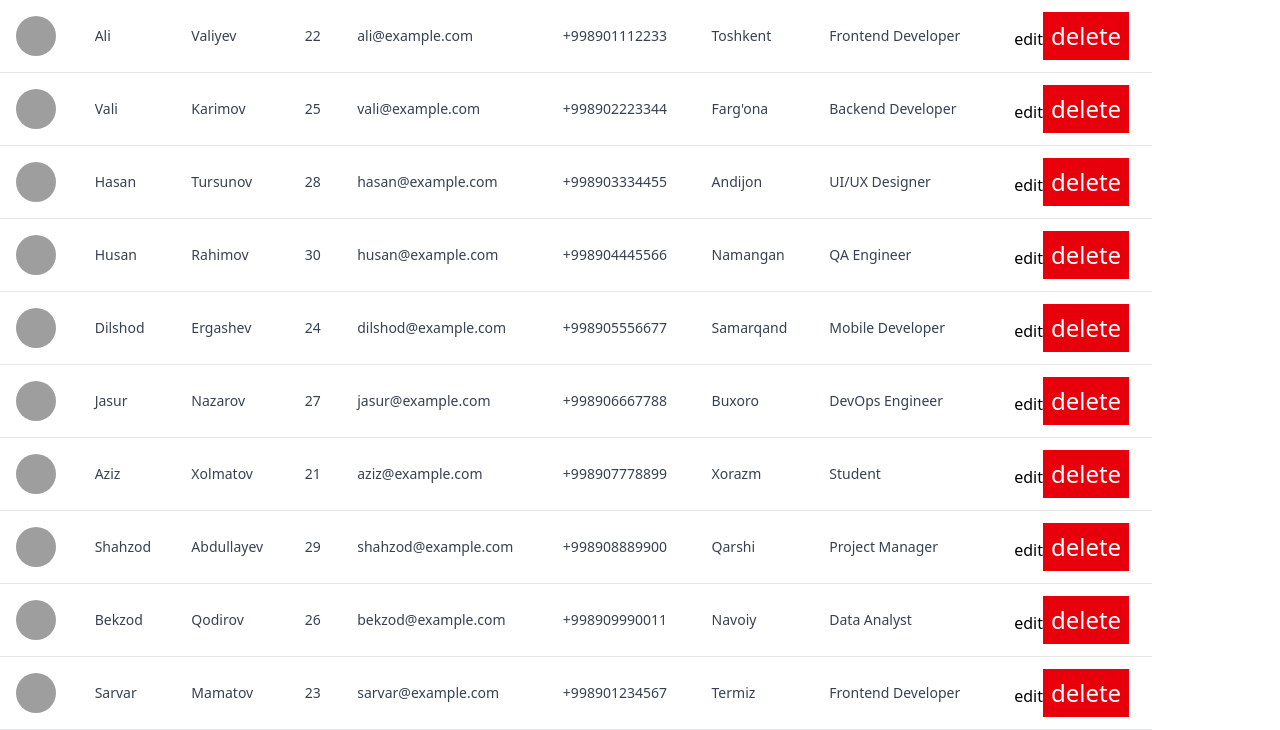
Repository: jamboy008/useformik
Page: /
An editor plug-in stored every save of this project. The page is shown before and after a run of saves, followed by the edit.
The browser window is 1280 px wide. The pictures show the whole page.
Pictures or frames that could not be fetched are drawn as grey boxes. The project was rebuilt for these pictures with package versions that can differ from the ones it lists, and the page was loaded fresh each time. Also part of the build but not shown: vite.config.js.

Above is the page before, as saved 2026-08-11 14:58:39.

### index.html
<!doctype html>
<html lang="en">
  <head>
    <meta charset="UTF-8" />
    <link rel="icon" type="image/svg+xml" href="/favicon.svg" />
    <meta name="viewport" content="width=device-width, initial-scale=1.0" />
    <title>7-11dars</title>
  </head>
  <body>
    <div id="root"></div>
    <script type="module" src="/src/main.jsx"></script>
  </body>
</html>

### src/App.jsx
import React from 'react'
import Table from './components/Table'

function App() {
  return (
    <>
      <Table />
    </>
  )
}

export default App

### src/components/Table.jsx
import React, { useState } from "react";
import { users } from "../data/users";
import Button from "./Button";
import TableRow from "./TableRow";

function Table() {
  let [data, setData] = useState(users);
  function handleDelete(id) {
    setData(data.filter((user) => user.id !== id));
  }
  return (
    <table className="w-[90vw]">
      <thead className="bg-gray-100">

      </thead>
      <tbody>
        {data.map((user)=>(
        <TableRow user={user} key={user.id} handleDelete={handleDelete}/>
        ))}
      </tbody>
    </table>
  );
}

export default Table;

### src/data/users.js
export const users = [
  {
    id: 1,
    firstName: "Ali",
    lastName: "Valiyev",
    age: 22,
    email: "ali@example.com",
    phone: "+998901112233",
    city: "Toshkent",
    profession: "Frontend Developer",
    isMarried: false,
    salary: 1200,
    avatar: "https://i.pravatar.cc/150?img=1",
  },
  {
    id: 2,
    firstName: "Vali",
    lastName: "Karimov",
    age: 25,
    email: "vali@example.com",
    phone: "+998902223344",
    city: "Farg'ona",
    profession: "Backend Developer",
    isMarried: true,
    salary: 1500,
    avatar: "https://i.pravatar.cc/150?img=2",
  },
  {
    id: 3,
    firstName: "Hasan",
    lastName: "Tursunov",
    age: 28,
    email: "hasan@example.com",
    phone: "+998903334455",
    city: "Andijon",
    profession: "UI/UX Designer",
    isMarried: false,
    salary: 1100,
    avatar: "https://i.pravatar.cc/150?img=3",
  },
  {
    id: 4,
    firstName: "Husan",
    lastName: "Rahimov",
    age: 30,
    email: "husan@example.com",
    phone: "+998904445566",
    city: "Namangan",
    profession: "QA Engineer",
    isMarried: true,
    salary: 1300,
    avatar: "https://i.pravatar.cc/150?img=4",
  },
  {
    id: 5,
    firstName: "Dilshod",
    lastName: "Ergashev",
    age: 24,
    email: "dilshod@example.com",
    phone: "+998905556677",
    city: "Samarqand",
    profession: "Mobile Developer",
    isMarried: false,
    salary: 1400,
    avatar: "https://i.pravatar.cc/150?img=5",
  },
  {
    id: 6,
    firstName: "Jasur",
    lastName: "Nazarov",
    age: 27,
    email: "jasur@example.com",
    phone: "+998906667788",
    city: "Buxoro",
    profession: "DevOps Engineer",
    isMarried: true,
    salary: 1800,
    avatar: "https://i.pravatar.cc/150?img=6",
  },
  {
    id: 7,
    firstName: "Aziz",
    lastName: "Xolmatov",
    age: 21,
    email: "aziz@example.com",
    phone: "+998907778899",
    city: "Xorazm",
    profession: "Student",
    isMarried: false,
    salary: 500,
    avatar: "https://i.pravatar.cc/150?img=7",
  },
  {
    id: 8,
    firstName: "Shahzod",
    lastName: "Abdullayev",
    age: 29,
    email: "shahzod@example.com",
    phone: "+998908889900",
    city: "Qarshi",
    profession: "Project Manager",
    isMarried: true,
    salary: 2000,
    avatar: "https://i.pravatar.cc/150?img=8",
  },
  {
    id: 9,
    firstName: "Bekzod",
    lastName: "Qodirov",
    age: 26,
    email: "bekzod@example.com",
    phone: "+998909990011",
    city: "Navoiy",
    profession: "Data Analyst",
    isMarried: false,
    salary: 1600,
    avatar: "https://i.pravatar.cc/150?img=9",
  },
  {
    id: 10,
    firstName: "Sarvar",
    lastName: "Mamatov",
    age: 23,
    email: "sarvar@example.com",
    phone: "+998901234567",
    city: "Termiz",
    profession: "Frontend Developer",
    isMarried: false,
    salary: 1000,
    avatar: "https://i.pravatar.cc/150?img=10",
  },
];

### src/components/Button.jsx
import React from "react";
const variants = {
  delete: "bg-red-600 text-white p-2 text-2xl",
};

function Button({ text, variant }) {
  return <button className={`${variants[variant]}`}>{text}</button>;
}

export default Button;

### src/components/TableRow.jsx
import React from "react";
import Button from "./Button";

function TableRow({ user, handleDelete }) {
  return (
    <tr key={user.id} className="border-b border-gray-200">
      <td className="px-4 py-3 text-sm text-gray-700">
        <img
          src={user.avatar}
          alt={user.firstName}
          className="w-10 h-10 rounded-full"
        />
      </td>
      <td className="px-4 py-3 text-sm text-gray-700">{user.firstName}</td>
      <td className="px-4 py-3 text-sm text-gray-700">{user.lastName}</td>
      <td className="px-4 py-3 text-sm text-gray-700">{user.age}</td>
      <td className="px-4 py-3 text-sm text-gray-700">{user.email}</td>
      <td className="px-4 py-3 text-sm text-gray-700">{user.phone}</td>
      <td className="px-4 py-3 text-sm text-gray-700">{user.city}</td>
      <td className="px-4 py-3 text-sm text-gray-700">{user.profession}</td>
      <td className="px-4 py-3 text-center">
        <Button variant={"secondary"} text="edit" />
        <Button
          variant={"delete"}
          text="delete"
          onClick={() => handleDelete(user.id)}
        />
      </td>
    </tr>
  );
}

export default TableRow;

Loaded but not shown: src/main.jsx (common file); src/index.css (common file)

After the next 3 saves:
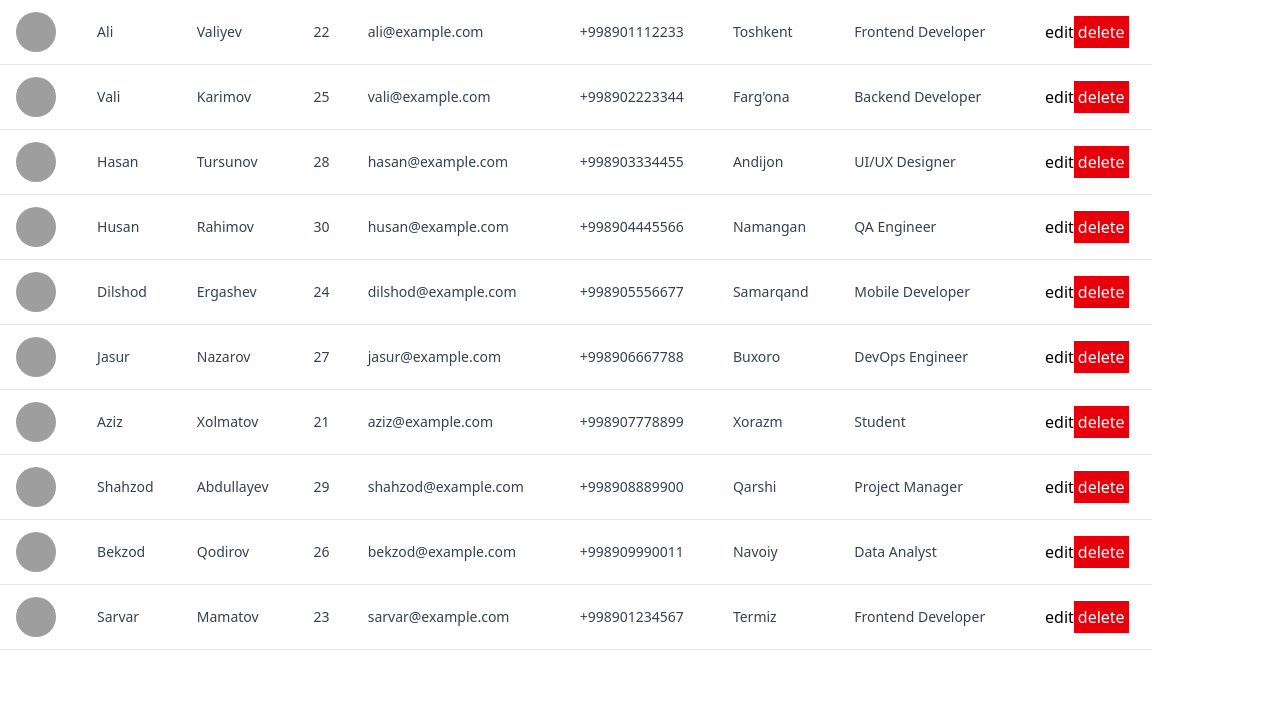
The 3 saves are shown as one change because they came seconds apart.
The last was saved 10 s later.
--- a/src/components/Button.jsx
+++ b/src/components/Button.jsx
@@ -1,6 +1,6 @@
 import React from "react";
 const variants = {
-  delete: "bg-red-600 text-white p-2 text-2xl",
+  delete: "bg-red-600 text-white p-1",
 };
 
 function Button({ text, variant }) {
